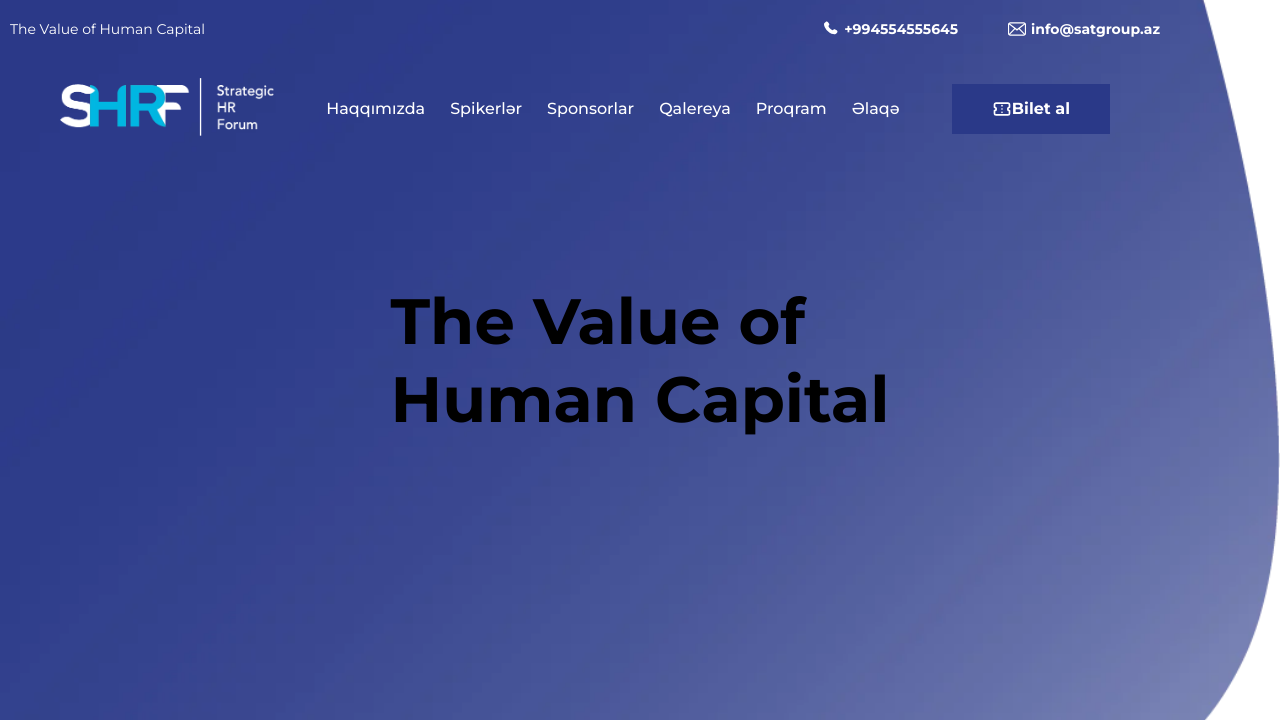
Repository: allahverdiyevabdulhasan/shrf
Page: /
These files come from the project's save history. The page is drawn as it stood at one moment and after the next save; the edit follows.
The browser window is 1280 px wide. The pictures show the whole page.
The project was rebuilt for these pictures with package versions that can differ from the ones it lists, and the page was loaded fresh each time. Also part of the build but not shown: vite.config.js, src/App.css.

Above is the page before, as saved 2024-08-16 10:14:20.

After the next save:
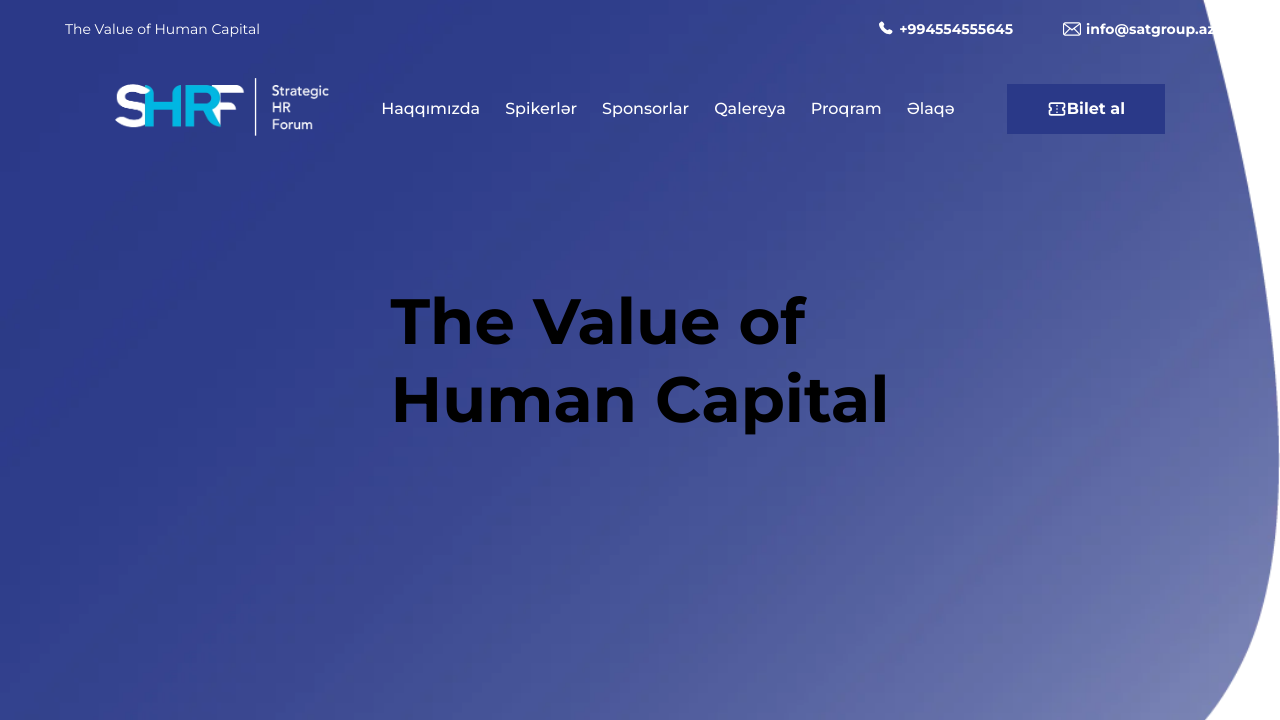
Saved 20 s later.
--- a/src/components/Header/style.module.css
+++ b/src/components/Header/style.module.css
@@ -1,8 +1,9 @@
 header {
     position: absolute;
     top: 0;
-    left: 0;
+    left: 50%;
     width: 100%;
+    transform: translateX(-50%);
 }
 
 .top {
